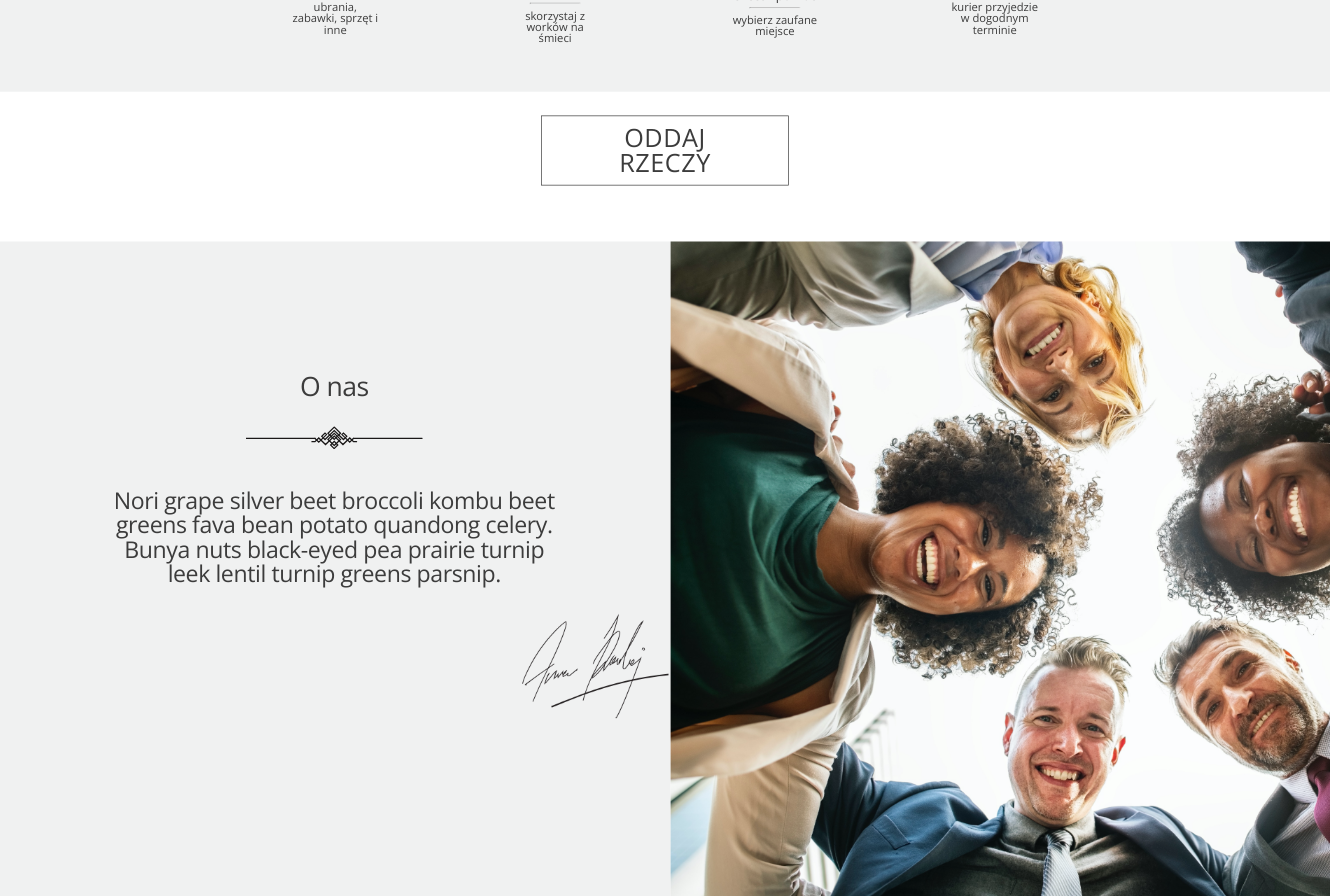
Repository: tomekwoojcik/oddam-w-dobre-rence
Page: /
An editor plug-in stored every save of this project. The page is shown before and after the next save, followed by the edit.
The browser window is 1280 px wide. The page is 1900 px wide, so the pictures cover 1900 px, including what lies to the right of the window. The pictures show the part of the page from y = 1720 to 3000 px (the page is 3000 px tall), at 70% of full size.
The project was rebuilt for these pictures with package versions that can differ from the ones it lists, and the page was loaded fresh each time. Also part of the build but not shown: src/pages/logIn/logIn.js, src/pages/register/register.js.

Above is the page before, as saved 2022-12-08 09:39:21.

### public/index.html
<!DOCTYPE html>
<html lang="en">
  <head>
    <meta charset="utf-8" />
    <link rel="icon" href="%PUBLIC_URL%/favicon.ico" />
    <meta name="viewport" content="width=device-width, initial-scale=1" />
    <meta name="theme-color" content="#000000" />
    <meta
      name="description"
      content="Web site created using create-react-app"
    />
    <link rel="apple-touch-icon" href="%PUBLIC_URL%/logo192.png" />
    <link rel="manifest" href="%PUBLIC_URL%/manifest.json" />
    <title>React App</title>
    <link rel="preconnect" href="https://fonts.googleapis.com">
    <link rel="preconnect" href="https://fonts.gstatic.com" crossorigin>
    <link
      href="https://fonts.googleapis.com/css2?family=Merriweather:ital,wght@0,300;0,400;0,700;0,900;1,300;1,400;1,700;1,900&family=Open+Sans:ital,wght@0,300;0,400;0,500;0,600;0,700;0,800;1,300;1,400;1,500;1,600;1,700;1,800&display=swap"
      rel="stylesheet">
  </head>
  <body>
    <div id="root"></div>
  </body>
</html>

### src/index.js
import React from 'react'
import ReactDOM from 'react-dom/client'
import './scss/main.scss'
import App from './App'
import reportWebVitals from './reportWebVitals'

const root = ReactDOM.createRoot(document.getElementById('root'))
root.render(
  <React.StrictMode>
    <App />
  </React.StrictMode>
)

// If you want to start measuring performance in your app, pass a function
// to log results (for example: reportWebVitals(console.log))
// or send to an analytics endpoint. Learn more: https://bit.ly/CRA-vitals
reportWebVitals()

### src/scss/main.scss
@import './reset';
@import './settings/colors';
@import './settings/fonts';
@import '../components/atoms/buttonsMenu/buttonsMenu';
@import '../components/molecules/navMenu/navMenu';
@import '../components/atoms/buttonsLoginLogout/buttonsLoginLogout';
@import '../components/molecules/navLoginLogout/navLoginLogout';
@import '../components/molecules/menu/menu';
@import '../components/atoms/photoInHeader/photoInHeader.scss';
@import '../components/organisms/header/header';
@import '../components/atoms/partTextInHeader/firstPartText';
@import '../components/molecules/rightPart/rightPart';
@import '../components/molecules/textInHeader/textInHeader';
@import '../components/atoms/decorationAssets/decorationAssets';
@import '../components/molecules/menuRightPartContext/menuRightPartContext';
@import '../components/atoms/buttonsInRightPartContext/buttonsInRightPartContext';
@import '../components/organisms/threeColumns/threeColumns';
@import '../pages/home/home';
@import '../components/molecules/oneColumn/oneColumn';
@import '../components/atoms/counterInColumn/counterInColumn';
@import '../components/atoms/titleInColumn/titleInColumn';
@import '../components/atoms/textInColumn/textInColumn';
@import '../components/atoms/simpleStepsTitle/simpleStepsTitle';
@import '../components/organisms/simpleSteps/simpleSteps';
@import '../components/atoms/simpleStepsColumn/simpleStepsColumn';
@import '../components/molecules/simpleStepsBar/simpleStepsBar';
@import '../components/organisms/aboutUsBar/aboutUsBar';

* {
    font-family: $font-base;
}

### src/App.js
/* eslint-disable react/react-in-jsx-scope */
import { Outlet, Route, Routes } from 'react-router'
import { BrowserRouter } from 'react-router-dom'
import Home from './pages/home/home'
import './App.css'
import LogIn from './pages/logIn/logIn'
import Register from './pages/register/register'

function App () {
  return (
    <div className="App">
      <Outlet />
      <BrowserRouter>
        <Routes>
          <Route path='/' element={<Home />} />
          <Route path='logowanie' element={<LogIn />} />
          <Route path='rejestracja' element={<Register />} />
        </Routes>

      </BrowserRouter>
    </div>
  )
}

export default App

### src/scss/settings/_colors.scss
$white-color: #F0F1F1;
$mustard-color: #5E5322;
$strong-yellow-color: #FAD648;
$grey-color: #737373;
$black-color: #3C3C3C;

### src/components/atoms/buttonsMenu/_buttonsMenu.scss
@import '../../../scss/settings/fonts';
@import '../../../scss/settings/colors';

.buttonItem {
    .button {
        font-size: 18px;
        padding: 9px 20px;
        color: $black-color;
        text-decoration: none;
        font-family: $font-base;
        border: 0.75px solid white;
    }

    .button:hover{
        border: 0.75px solid $black-color;
    }
}

### src/components/molecules/navMenu/_navMenu.scss
@import '../../../scss/settings/fonts';
@import '../../../scss/settings/colors';

.buttonList {
    margin-top: 10px;
    display: flex;
    flex-direction: row;
    justify-content: flex-end;
    margin-right: 142px;
}

### src/components/atoms/buttonsLoginLogout/_buttonsLoginLogout.scss
@import '../../../scss/settings/fonts';
@import '../../../scss/settings/colors';

.buttonMenuItems {
    .buttonMenu {
        font-family: $font-base;
        font-size: 14px;
        text-decoration: none;
        color: $grey-color;
        padding: 9px 10px;
        margin-left: 20px;
        border: 0.75px solid white;
    }

    .buttonMenu:hover{
        border-color: $strong-yellow-color;
    }
}

### src/components/molecules/navLoginLogout/_navLoginLogout.scss
.buttonMenuList{
    display: flex;
    flex-direction: row;
    justify-content: flex-end;
    margin-right: 142px;
    margin-bottom: 60px;
}

### src/components/molecules/menu/_menu.scss
.menu {
    width: 100%;
    margin-top: 37px;
    flex-direction: column;
}

### src/components/atoms/photoInHeader/_photoInHeader.scss
.photoHeader {
    width: 885px;
    height: 963px;
}

### src/components/organisms/header/_header.scss
.header {
    display: flex;
    flex-direction: row;
    width: 1758px;
}

### src/components/atoms/partTextInHeader/_firstPartText.scss
@import '../../../scss/settings/fonts';
@import '../../../scss/settings/colors';

.textInHeader{
    font-family: $font-base;
    font-size: 38px;
    margin-bottom: 10px;
}

### src/components/molecules/rightPart/_rightPart.scss
.rightPartHeader{
    display: flex;
    flex-direction: column;
}

### src/components/molecules/textInHeader/_textInHeader.scss
.textIn{
    margin-top: 210px;
}

### src/components/atoms/decorationAssets/_decorationAssets.scss
.decorationAssets {
    width: 253px;
    height: 33px;
    align-self: center;
    margin-top: 25px;
}

### src/components/molecules/menuRightPartContext/_menuRightPartContext.scss
.menuRightPartContext{
    display: flex;
    flex-direction: row;
    justify-content: center;
    margin-top: 65px;
}

### src/components/atoms/buttonsInRightPartContext/_buttonsInRightPartContext.scss
@import '../../../scss/settings/fonts';
@import '../../../scss/settings/colors';
@import '../../../scss/settings/otherVariables';

.buttonItemMenuContext {
    width: 250px;
    border: $border;
    padding: 13px 51px;

    .buttonMenuContext {

        text-transform: uppercase;
        text-decoration: none;
        color: $black-color;
        font-size: 36px;
        letter-spacing: 0.76px;
        word-wrap: break-word;
        font-family: $font-base;
        font-weight: 300;
    }

}

.buttonItemMenuContext:nth-child(2) {
    margin-left: 44px;
}

### src/scss/settings/_otherVariables.scss
@import '../settings/colors';
@import '../settings/colors';

$border: 0.75px solid $black-color;

### src/components/organisms/threeColumns/_threeColumns.scss
.threeColumns{
    background: url(../../../assets/backGround.png) ;
    width: 100%;
    display: flex;
    flex-direction: row;
    justify-content: space-around;
}

### src/pages/home/_home.scss
.homePage{
    width: 1900px;
    margin: 0 auto;
}

### src/components/molecules/oneColumn/_oneColumn.scss
.oneColumn {
    display: flex;
    flex-direction: column;
    justify-content: center;
    width: 334px;
    height: 252px;
    padding-top: 46px;
    padding-bottom: 86px;

}

### src/components/atoms/counterInColumn/_counterInColumn.scss
@import '../../../scss/settings/fonts';
@import '../../../scss/settings/colors';
@import '../../../scss/settings/otherVariables';

.counterColumn{
    font-size: 90px;
    font-family: $font-base;
    color: $mustard-color;
    font-weight: 300;
}

### src/components/atoms/titleInColumn/_titleInColumn.scss
@import '../../../scss/settings/fonts';
@import '../../../scss/settings/colors';
@import '../../../scss/settings/otherVariables';

.titleColumn{
    text-transform: uppercase;
    font-size: 18px;
    font-family: $font-base;
    letter-spacing: -0.36px;
    color: $black-color;
    margin: 10px 0 28px 0;

}

### src/components/atoms/textInColumn/_textInColumn.scss
@import '../../../scss/settings/fonts';
@import '../../../scss/settings/colors';
@import '../../../scss/settings/otherVariables';


.textColumn{
    font-family: $font-alt;
    font-size: 16px;
    font-weight: lighter;
    color: $black-color;
    letter-spacing: -0.32px;
    line-height: 25px;
}

### src/components/atoms/simpleStepsTitle/_simpleStepsTitle.scss
@import '../../../scss/settings/fonts';
@import '../../../scss/settings/colors';
@import '../../../scss/settings/otherVariables';

.simpleStepsTitle {
    font-size: 38px;
    font-family: $font-base;
    letter-spacing: -0.76px;
    color: $black-color;
    font-weight: 300;
}

### src/components/organisms/simpleSteps/_simpleSteps.scss
.simpleSteps{
    padding: 55px 0 80px 0;
    display: flex;
    flex-direction: column;

    .buttonItemMenuContext{
        align-self: center;
    }
}

### src/components/atoms/simpleStepsColumn/_simpleStepsColumn.scss
@import '../../../scss/settings/fonts';
@import '../../../scss/settings/colors';
@import '../../../scss/settings/otherVariables';

.simpleStepsColumn {
    width: 130px;
    height: 172px;

    .simpleStepsColumnImg {
        width: 83px;
        height: 83px;
    }

    .simpleStepsColumnTitle {
        font-family: $font-base;
        font-size: 18px;
        color: $black-color;
    }

    .simpleStepsColumnLine {
        color: $grey-color;
        width: 70px;
    }

    .simpleStepsColumnText {
        font-family: $font-base;
        font-size: 16px;
        color: $black-color;
        height: 40px;
        width: 100%;
    }
}


.simpleStepsColumn:nth-child(2){
    .simpleStepsColumnTitle{
        margin-top: 12px;
    }
}

### src/components/molecules/simpleStepsBar/_simpleStepsBar.scss
@import '../../../scss/settings/fonts';
@import '../../../scss/settings/colors';
@import '../../../scss/settings/otherVariables';

.simpleStepsBar {
    background-color: $white-color;
    padding: 71px 414px 76px 414px;
    display: flex;
    flex-direction: row;
    justify-content: space-between;
    margin-top: 34px;
    margin-bottom: 34px;
}

### src/components/organisms/aboutUsBar/_aboutUsBar.scss
@import '../../atoms/aboutUsImg/aboutUsImg';
@import '../../atoms/aboutUsText/aboutUsText';

.aboutUsBar{
    height: 935px;
    display: flex;
}

### src/components/atoms/aboutUsImg/_aboutUsImg.scss
.aboutUsImg{
    background-image: url('../../../assets/People.png');
    width: 942px;
    height: 100%;

}

### src/components/atoms/aboutUsText/_aboutUsText.scss
@import '../../../scss/settings/fonts';
@import '../../../scss/settings/colors';
@import '../../../scss/settings/otherVariables';

.aboutUsText {
    background-color: $white-color;
    width: calc(958px - 301px);
    padding: 186px 152px 185px 149px;

    .aboutUsTextTitle {
        font-family: $font-base;
        font-size: 38px;
        letter-spacing: -0.76px;
        color: $black-color;
        margin-bottom: 15px;
        font-weight: normal;
    }

    .aboutUsTextinText {
        width: 657px;
        font-family: $font-base;
        font-size: 33px;
        letter-spacing: -0.6px;
        color: $black-color;
        font-weight: 300;
        line-height: 35px;
        margin: 55px 0 40px 0;
    }

    .aboutUsSignature {
        background-image: url('../../../assets/Signature.png');
        width: 209px;
        height: 149px;
        margin-left: 597px;
    }
}

### src/pages/home/home.js
import React from 'react'
import AboutUsBar from '../../components/organisms/aboutUsBar/aboutUsBar'
import Header from '../../components/organisms/header/header'
import SimpleSteps from '../../components/organisms/simpleSteps/simpleSteps'
import ThreeColumns from '../../components/organisms/threeColumns/threeColumns'

const Home = () => {
  return (
    <div className='homePage'>
      <Header />
      <ThreeColumns />
      <SimpleSteps />
      <AboutUsBar/>
    </div>
  )
}

export default Home

### src/components/organisms/aboutUsBar/aboutUsBar.js
import React from 'react'
import AboutUsImg from '../../atoms/aboutUsImg/aboutUsImg'
import AboutUsText from '../../atoms/aboutUsText/aboutUsText'

const AboutUsBar = () => {
  return (
        <div className='aboutUsBar'>
          <AboutUsText aboutUsTextTitle={'O nas'} aboutUsTextinText={'Nori grape silver beet broccoli kombu beet greens fava bean potato quandong celery. Bunya nuts black-eyed pea prairie turnip leek lentil turnip greens parsnip.'} />
          <AboutUsImg/>
        </div>
  )
}

export default AboutUsBar

### src/components/organisms/header/header.js
import React from 'react'
import PhotoInHeader from '../../atoms/photoInHeader/photoInHeader'
import RightPart from '../../molecules/rightPart/rightPart'
const Header = () => {
  return (
    <header className='header'>
      <PhotoInHeader />
      <RightPart />
    </header>

  )
}

export default Header

### src/components/organisms/simpleSteps/simpleSteps.js
import React from 'react'
import SimpleStepsTitle from '../../atoms/simpleStepsTitle/simpleStepsTitle'
import DecorationAssets from '../../atoms/decorationAssets/decorationAssets'
import SimpleStepsBar from '../../molecules/simpleStepsBar/simpleStepsBar'
import ButtonsInRightPartContext from '../../atoms/buttonsInRightPartContext/buttonsInRightPartContext'
const SimpleSteps = () => {
  return (
        <div className='simpleSteps'>
            <SimpleStepsTitle text={'Wystarczą 4 proste kroki'} />
            <DecorationAssets />
            <SimpleStepsBar />
            <ButtonsInRightPartContext buttonName={'oddaj rzeczy'} />
        </div>
  )
}

export default SimpleSteps

### src/components/atoms/aboutUsImg/aboutUsImg.js
import React from 'react'
const AboutUsImg = () => {
  return (
        <div className='aboutUsImg'/>
  )
}

export default AboutUsImg

### src/components/atoms/aboutUsText/aboutUsText.js
/* eslint-disable react/prop-types */
import DecorationAsets from '../decorationAssets/decorationAssets'
import React from 'react'

const AboutUsText = ({ aboutUsTextTitle, aboutUsTextinText }) => {
  return (
        <div className='aboutUsText'>
            <h3 className='aboutUsTextTitle'>{aboutUsTextTitle}</h3>
            <DecorationAsets />
          <p className='aboutUsTextinText'>{aboutUsTextinText}</p>
          <div className='aboutUsSignature'/>
        </div>
  )
}

export default AboutUsText

### src/components/atoms/photoInHeader/photoInHeader.js
import React from 'react'
import Image from '../../../assets/Home-Hero-Image.jpg'

const PhotoInHeader = () => {
  return (
    <img className='photoHeader' src={Image} />
  )
}

export default PhotoInHeader

### src/components/molecules/rightPart/rightPart.js
import React from 'react'
import Menu from '../menu/menu'
import RightPartContext from '../rightPartContext/rightPartContext'

const RightPart = () => {
  return (
    <div className='rightPartHeader'>
      <Menu />
      <RightPartContext />
    </div>
  )
}

export default RightPart

### src/components/atoms/simpleStepsTitle/simpleStepsTitle.js
/* eslint-disable react/prop-types */
import React from 'react'

const SimpleStepsTitle = ({ text }) => {
  return (
        <h4 className='simpleStepsTitle'>{text}</h4>
  )
}

export default SimpleStepsTitle

### src/components/atoms/decorationAssets/decorationAssets.js
import React from 'react'
import DecoratorImage from '../../../assets/Decoration.svg'
const DecorationAssets = () => {
  return (
        <img className="decorationAssets" src={DecoratorImage} />
  )
}

export default DecorationAssets

### src/components/atoms/buttonsInRightPartContext/buttonsInRightPartContext.js
import React from 'react'
import { NavLink } from 'react-router-dom'

// eslint-disable-next-line react/prop-types
const ButtonsInRightPartContext = ({ source, buttonName }) => {
  return (
    <div className='buttonItemMenuContext'><NavLink className='buttonMenuContext' to={source}>{buttonName}</NavLink></div>
  )
}

export default ButtonsInRightPartContext

### src/components/molecules/oneColumn/oneColumn.js
/* eslint-disable react/prop-types */
import React from 'react'
import CounterInColumn from '../../atoms/counterInColumn/counterInColumn'
import TextInColumn from '../../atoms/textInColumn/textInColumn'
import TitleInColumn from '../../atoms/titleInColumn/titleInColumn'

const OneColumn = ({ counter, title, text }) => {
  return (
        <div className='oneColumn'>
            <CounterInColumn counterColumn={counter} />
            <TitleInColumn titleColumn={title} />
            <TextInColumn textColumn={text} />
        </div>
  )
}

export default OneColumn

### src/components/molecules/menu/menu.js
import React from 'react'
import NavLoginLogout from '../navLoginLogout/navLoginLogout'
import NavMenu from '../navMenu/navMenu'

const Menu = () => {
  return (
    <div className='menu'>
      <NavLoginLogout />
      <NavMenu />
    </div>
  )
}

export default Menu

### src/components/molecules/rightPartContext/rightPartContext.js
import React from 'react'
import DecorationAssets from '../../atoms/decorationAssets/decorationAssets'
import MenuRightPartContext from '../menuRightPartContext/menuRightPartContext'
import TextInHeader from '../textInHeader/textInHeader'

const RightPartContext = () => {
  return (
      <div className='rightPartContext'>
          <TextInHeader />
          <DecorationAssets />
          <MenuRightPartContext/>
        </div>
  )
}

export default RightPartContext

### src/components/atoms/simpleStepsColumn/simpleStepsColumn.js
/* eslint-disable react/prop-types */
import React from 'react'

const SimpleStepsColumn = ({ source, simpleStepsColumnTitle, simpleStepsColumnText }) => {
  return (
    <div className='simpleStepsColumn'>
          <img className='simpleStepsColumnImg' src={source} />
          <h4 className='simpleStepsColumnTitle' >{simpleStepsColumnTitle}</h4>
          <hr className='simpleStepsColumnLine' />
          <p className='simpleStepsColumnText'>{simpleStepsColumnText}</p>
    </div>
  )
}

export default SimpleStepsColumn

### src/components/atoms/counterInColumn/counterInColumn.js
/* eslint-disable react/prop-types */
import React from 'react'

const CounterInColumn = ({ counterColumn }) => {
  return (
    <h3 className='counterColumn'>{counterColumn}</h3>
  )
}

export default CounterInColumn

### src/components/atoms/textInColumn/textInColumn.js
/* eslint-disable react/prop-types */
import React from 'react'

const TextInColumn = ({ textColumn }) => {
  return (
      <p className='textColumn'>{ textColumn }</p>
  )
}

export default TextInColumn

### src/components/atoms/titleInColumn/titleInColumn.js
/* eslint-disable react/prop-types */
import React from 'react'

const TitleInColumn = ({ titleColumn }) => {
  return (
      <h4 className='titleColumn'>{titleColumn}</h4>
  )
}

export default TitleInColumn

### src/components/molecules/navLoginLogout/navLoginLogout.js
import React from 'react'
import ButtonsLoginLogout from '../../atoms/buttonsLoginLogout/buttonsLoginLogout'

const NavLoginLogout = () => {
  return (
        <ul className='buttonMenuList'>
          <ButtonsLoginLogout source={'logowanie'} buttonName={'Zaloguj'} />
          <ButtonsLoginLogout source={'rejestracja'} buttonName={'Załóź konto'} />
        </ul>
  )
}

export default NavLoginLogout

### src/components/molecules/navMenu/navMenu.js
import React from 'react'
import ButtonsMenu from '../../atoms/buttonsMenu/buttonsMenu'

const NavMenu = () => {
  return (
        <ul className='buttonList'>
          <ButtonsMenu source={'/'} linkName={'Start'} />
          <ButtonsMenu source={'/'} linkName={'O co chodzi?'} />
          <ButtonsMenu source={'/'} linkName={'O nas'} />
          <ButtonsMenu source={'/'} linkName={'Fundacje i organizacje'} />
          <ButtonsMenu source={'/'} linkName={'Kontakt'} />
        </ul>
  )
}

export default NavMenu

### src/components/molecules/menuRightPartContext/menuRightPartContext.js
import React from 'react'
import ButtonsInRightPartContext from '../../atoms/buttonsInRightPartContext/buttonsInRightPartContext'

const MenuRightPartContext = () => {
  return (
      <ul className='menuRightPartContext'>
      <ButtonsInRightPartContext source={'#'} buttonName={'Oddaj rzeczy'} />
      <ButtonsInRightPartContext source={'#'} buttonName={'Zorganizuj zbiórke'} />
    </ul>
  )
}

export default MenuRightPartContext

### src/components/molecules/textInHeader/textInHeader.js
import React from 'react'
import FirstPartText from '../../atoms/partTextInHeader/firstPartText'

const TextInHeader = () => {
  return (
        <div className='textIn'>
          <FirstPartText textHeader={'Zacznij pomagać!'} />
          <FirstPartText textHeader={'Oddaj niechciane rzeczy w zaufane ręce'} />
        </div>
  )
}

export default TextInHeader

### src/components/atoms/buttonsLoginLogout/buttonsLoginLogout.js
/* eslint-disable react/prop-types */
import React from 'react'
import { NavLink } from 'react-router-dom'

const ButtonsLoginLogout = ({ source, buttonName }) => {
  return (
        <li className='buttonMenuItems'><NavLink className='buttonMenu' to={source}>{buttonName}</NavLink></li>
  )
}

export default ButtonsLoginLogout

### src/components/atoms/buttonsMenu/buttonsMenu.js
import React from 'react'
import { NavLink } from 'react-router-dom'

// eslint-disable-next-line react/prop-types
const ButtonsMenu = ({ source, linkName }) => {
  return (
        <li className='buttonItem'><NavLink className="button" to={source}>{linkName}</NavLink></li>
  )
}

export default ButtonsMenu

### src/components/atoms/partTextInHeader/firstPartText.js
import React from 'react'

// eslint-disable-next-line react/prop-types
const FirstPartText = ({ textHeader }) => {
  return (
    <h3 className='textInHeader'>{textHeader}</h3>
  )
}

export default FirstPartText

Loaded but not shown: src/reportWebVitals.js (common file); src/scss/_reset.scss (common file); src/scss/settings/_fonts.scss (common file); src/App.css (common file); src/components/molecules/simpleStepsBar/simpleStepsBar.js (19 lines, source omitted); src/components/organisms/threeColumns/threeColumns.js (14 lines, source omitted)

After the next save:
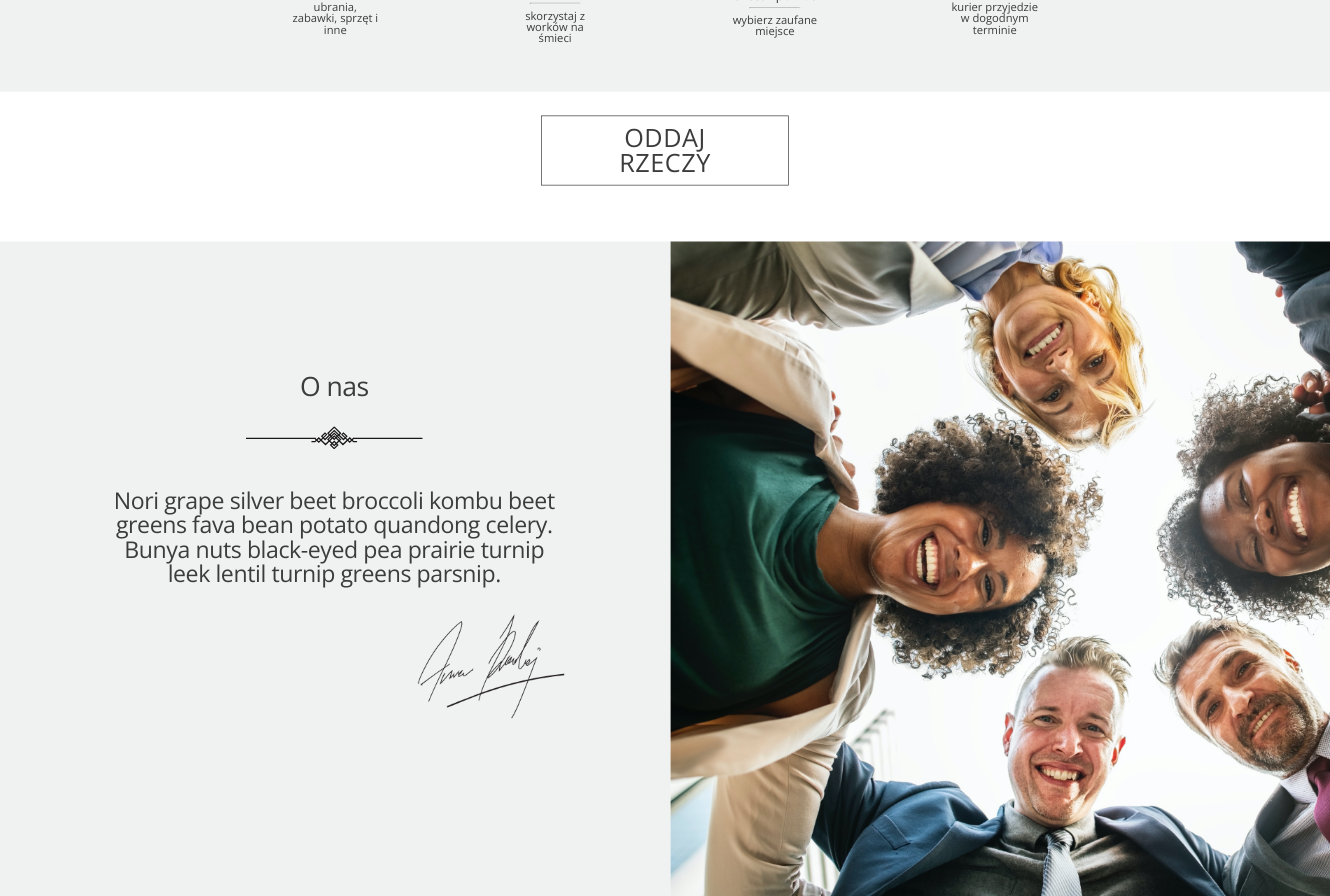
Saved 49 s later.
--- a/src/components/atoms/aboutUsText/_aboutUsText.scss
+++ b/src/components/atoms/aboutUsText/_aboutUsText.scss
@@ -31,6 +31,6 @@
         background-image: url('../../../assets/Signature.png');
         width: 209px;
         height: 149px;
-        margin-left: 597px;
+        margin-left: calc(597px - 149px);
     }
 }
